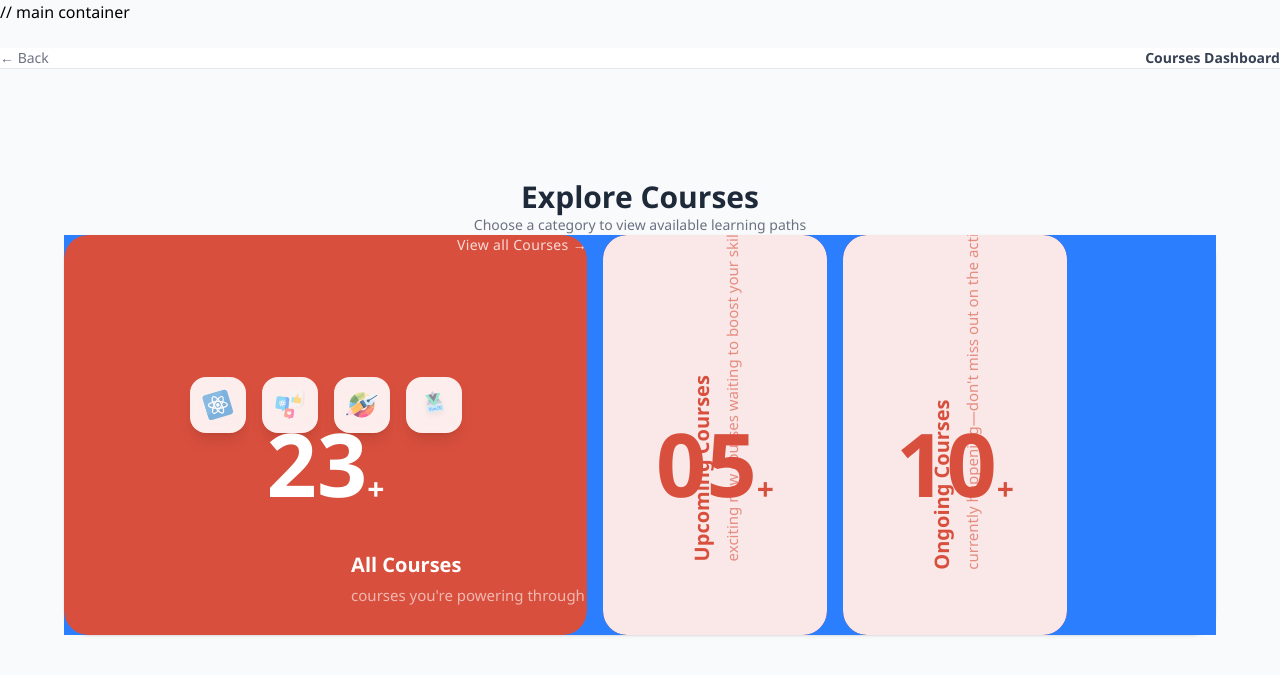
Repository: RahulRajKhadka/nextjs-dashboard-app
Page: /task2
The author's editor kept a copy of each file at every save. The page is drawn from the files as they stood at one save, then again after the next save.
The browser window is 1280 px wide. The pictures show the whole page.
The project was rebuilt for these pictures with package versions that can differ from the ones it lists, and the page was loaded fresh each time. The framework's server and built-in components were replaced by stand-ins that run in the browser. Also part of the build but not shown: next.config.ts.

Above is the page before, as saved 2026-04-10 15:40:05.

After the next save:
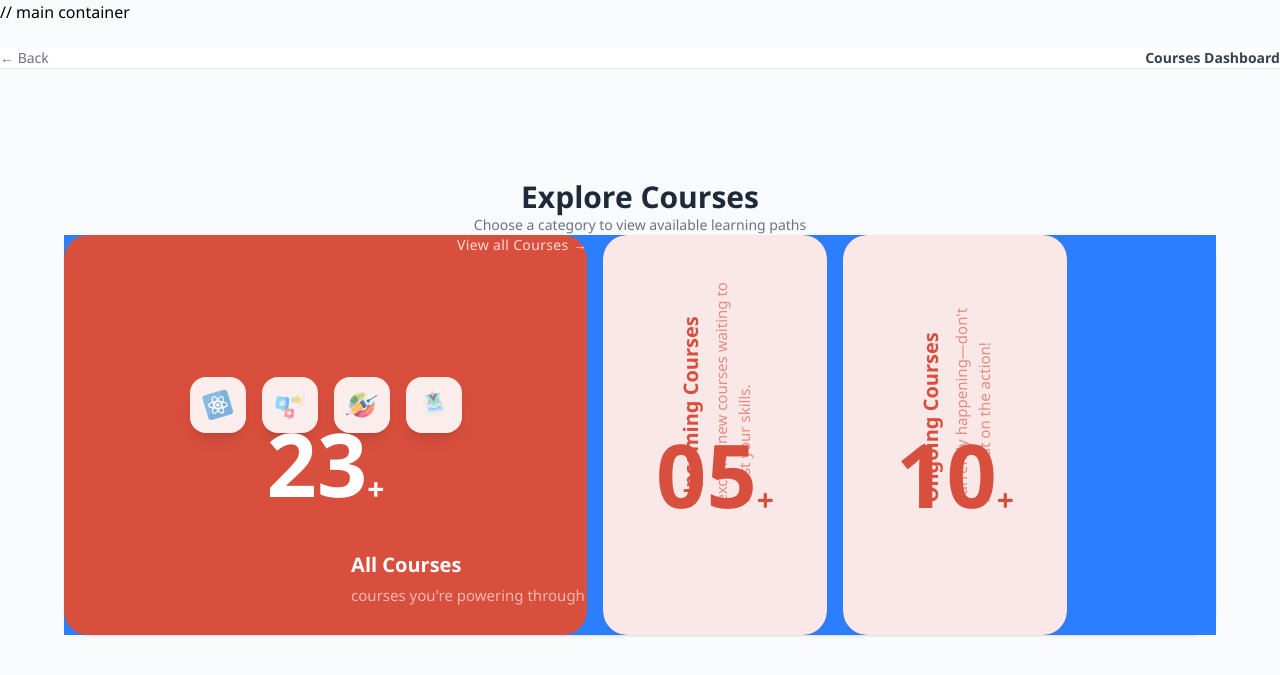
Saved 5 s later.
--- a/src/components/task2/CourseCard.tsx
+++ b/src/components/task2/CourseCard.tsx
@@ -165,7 +165,7 @@ export default function CourseCard({
   <div ref={collapsedLabelRef} className="flex flex-col gap-1 mb-6"
        style={{ transform: "rotate(-90deg)", color: course.textColor }}>
     <span className="font-bold text-[20px] ">{course.label}</span>
-    <p className="text-[15px] opacity-60 whitespace-nowrap">{course.sublabel}</p>
+    <p className="text-[15px] opacity-60 ">{course.sublabel}</p>
   </div>
 
   {/* NUMBER (bottom) */}
